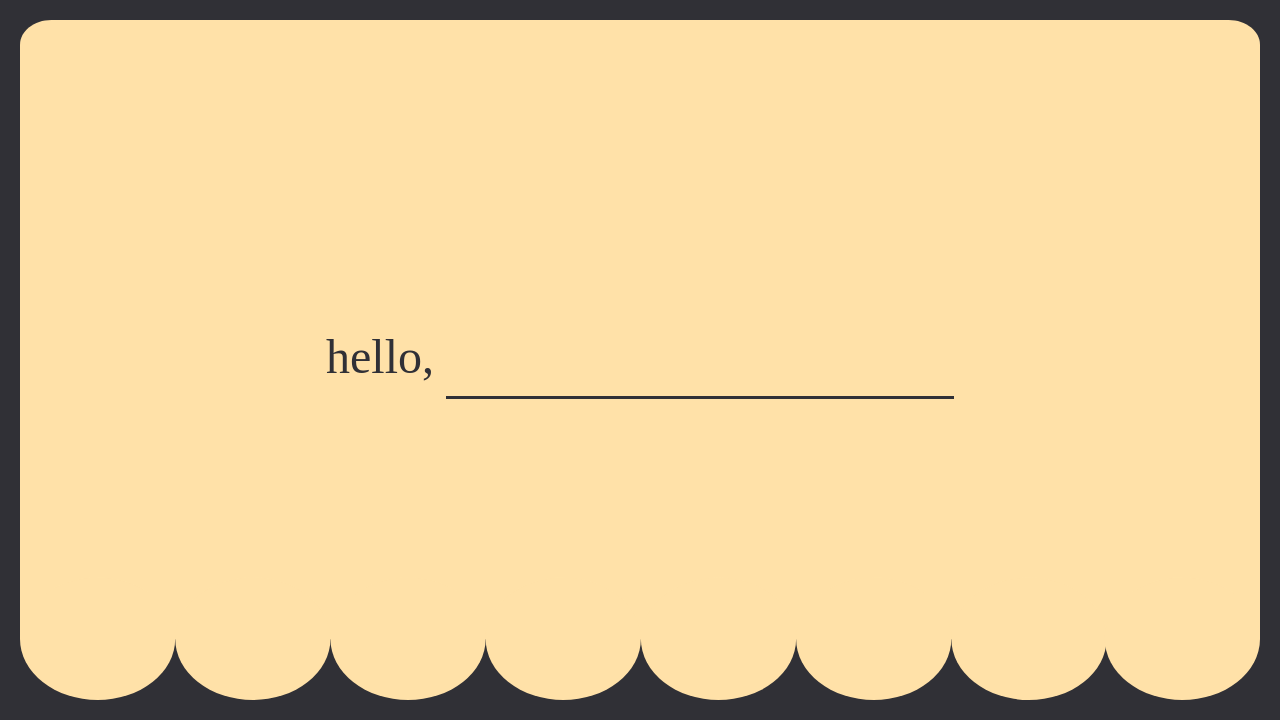
Repository: zhangolivia7/rot-recovery
Page: /
These files come from the project's save history. The page is drawn as it stood at one moment and after the next save; the edit follows.
The browser window is 1280 px wide. The pictures show the whole page.
Some web fonts or font styles are not loaded; a fallback is used. The project was rebuilt for these pictures with package versions that can differ from the ones it lists, and the page was loaded fresh each time. The framework's server and built-in components were replaced by stand-ins that run in the browser. Also part of the build but not shown: next.config.ts.

Above is the page before, as saved 2025-03-29 18:18:15.

After the next save:
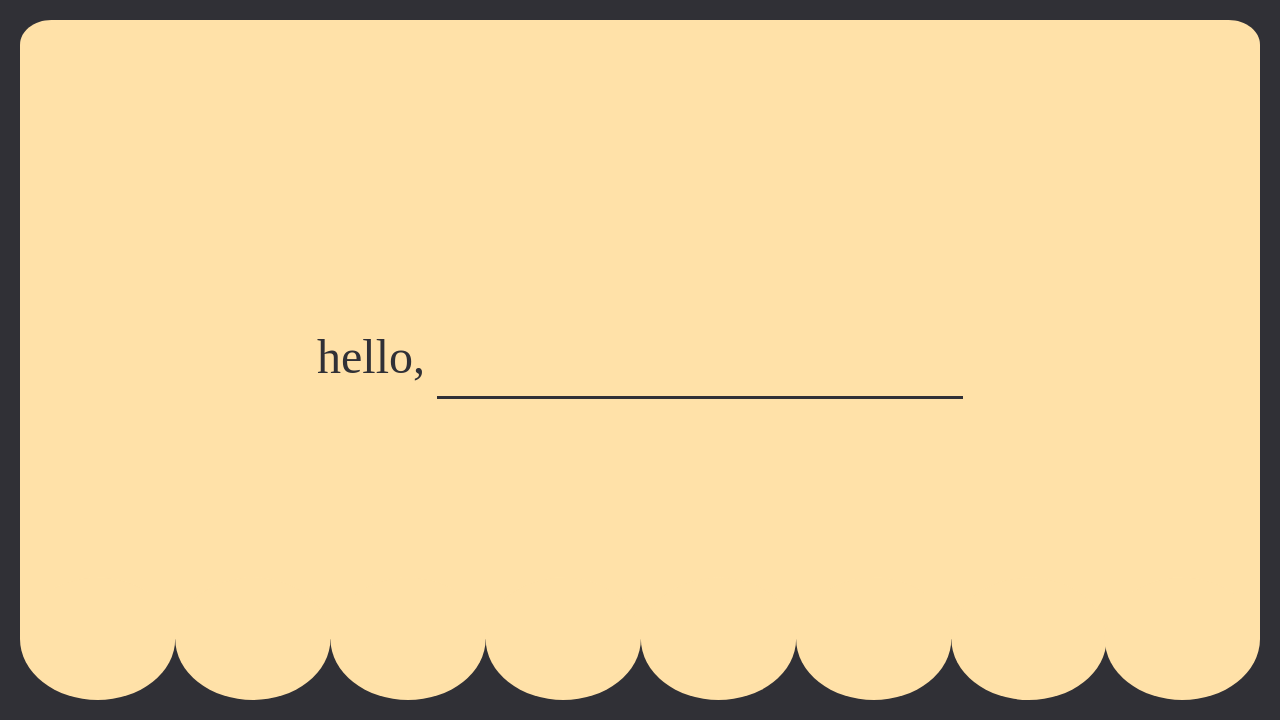
Saved 13 s later.
--- a/src/app/globals.css
+++ b/src/app/globals.css
@@ -79,6 +79,6 @@ h1 {
 
 #s1 input {
   font-family: "Nobile", sans-serif;
-  font-weight: 400;
+  font-weight: 500;
   font-style: normal;
 }
